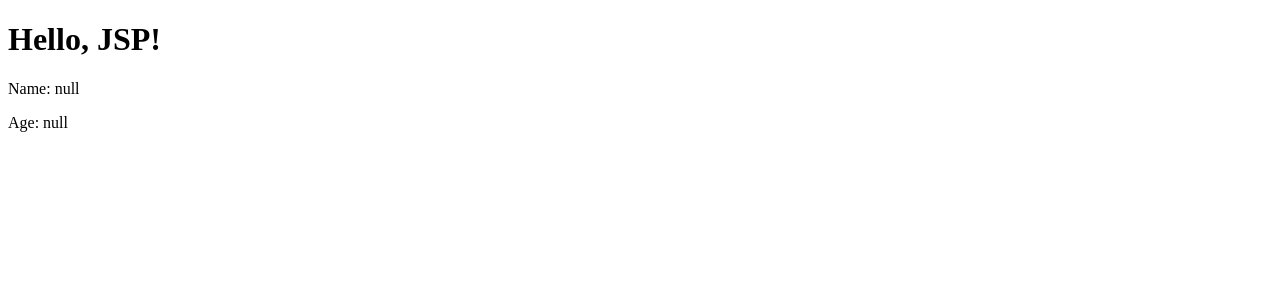
Repository: i-kemen/jsp
Page: http://localhost/WebTest/requestParam.jsp
These files come from the project's save history. The page is drawn as it stood at one moment and after the next save; the edit follows.
The browser window is 1280 px wide. The pictures show the whole page.
The page is served by Tomcat 10.

Above is the page before, as saved 2023-06-21 01:28:03.

After the next save:
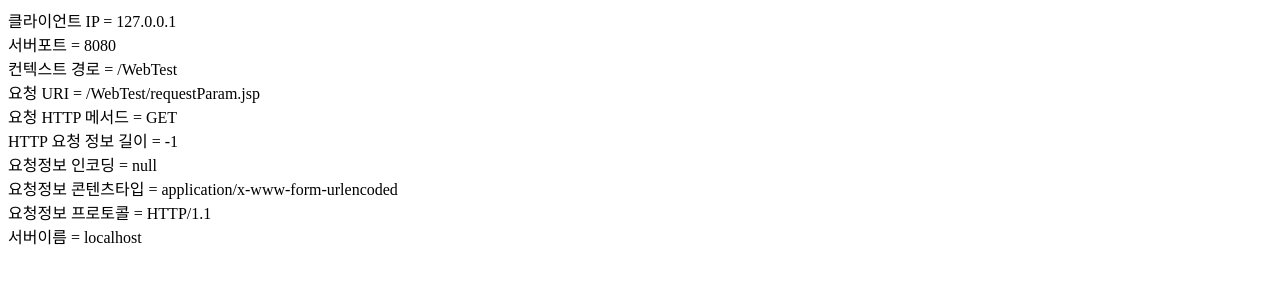
Saved 7 min 21 s later.
--- a/WebTest/src/main/webapp/requestParam.jsp
+++ b/WebTest/src/main/webapp/requestParam.jsp
@@ -1,16 +1,21 @@
-<%@ page language="java" contentType="text/html; charset=UTF-8" pageEncoding="UTF-8" %>
+<%@ page language="java" contentType="text/html; charset=UTF-8"
+     pageEncoding="UTF-8"%>
 <!DOCTYPE html>
 <html>
 <head>
-    <title>requestParam JSP</title>
+<meta charset="UTF-8">
+<title>request 객체</title>
 </head>
 <body>
-    <h1>Hello, JSP!</h1>
-    <%
-        String name = request.getParameter("name");
-        String age = request.getParameter("age");
-    %>
-    <p>Name: <%= name %></p>
-    <p>Age: <%= age %></p>
+클라이언트 IP = <%= request.getRemoteAddr() %> <br>
+서버포트 = <%= request.getServerPort() %> <br>
+컨텍스트 경로 = <%= request.getContextPath() %> <br>
+요청 URI = <%= request.getRequestURI() %> <br>
+요청 HTTP 메서드 = <%= request.getMethod() %> <br>
+HTTP 요청 정보 길이 = <%= request.getContentLength() %> <br>
+요청정보 인코딩 = <%= request.getCharacterEncoding() %> <br>
+요청정보 콘텐츠타입 = <%= request.getContentType() %> <br>
+요청정보 프로토콜 = <%= request.getProtocol() %> <br>
+서버이름 = <%= request.getServerName() %> <br>
 </body>
 </html>
